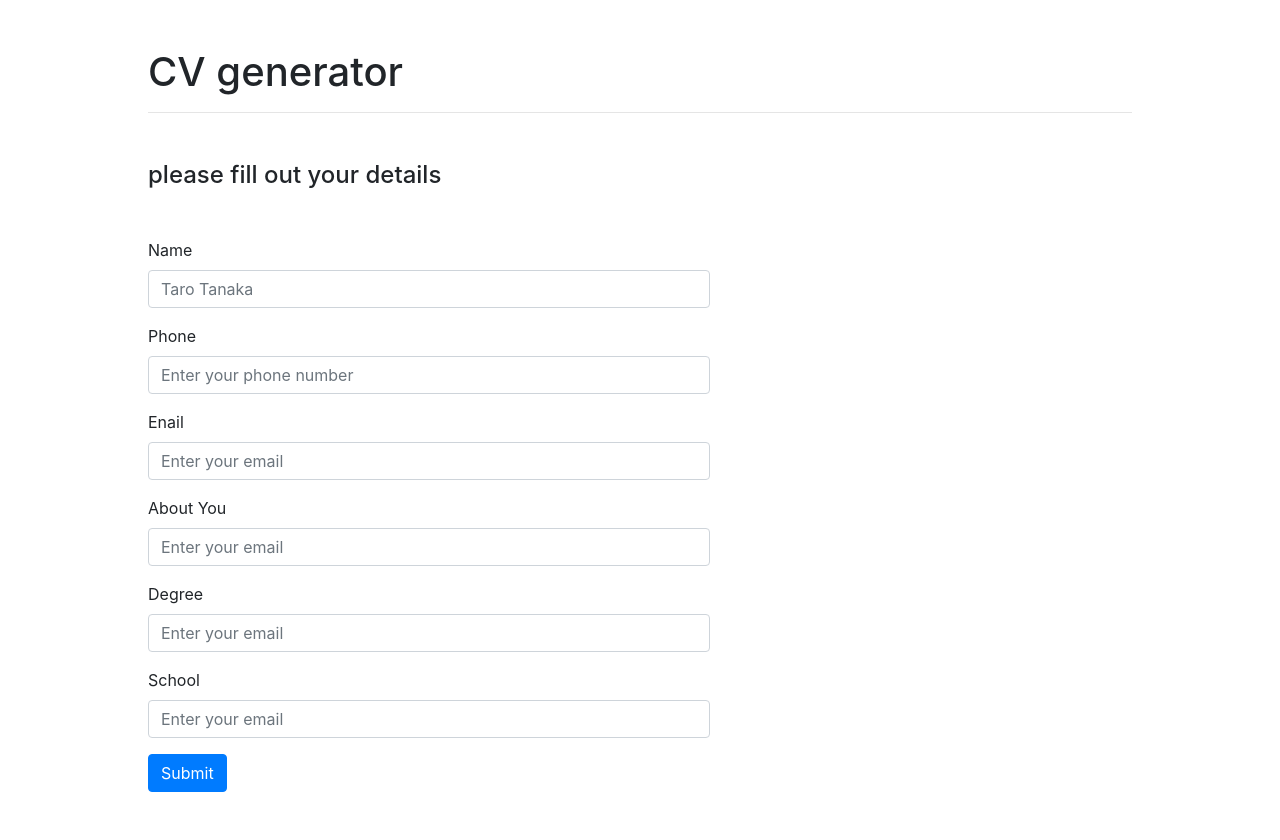
Repository: 108kent/CV
Page: myapp/pdf/templates/accept.html
The author's editor kept a record of every edit. The page is drawn from the files as they stood at one moment, then again after the next edit.
The browser window is 1280 px wide. The pictures show the whole page.
The page is served by the project's application, run on Django 2.2 (myapp/manage.py). Other server files are loaded and not shown. The template is opened directly, without the code that normally fills it, so the values that code supplies are empty.

Above is the page before.

### myapp/pdf/templates/accept.html
<!DOCTYPE HTML>
<html lang="en">
    <head>
        <meta charset="utf-8">
        <meta name="viewport" content="width=device-width, initial-scale=1.0">
        <meta http-equiv="X-UA-Compatible" content="ie=edge">
        <link rel="stylesheet" href="https://maxcdn.bootstrapcdn.com/bootstrap/4.0.0/css/bootstrap.min.css" integrity="sha384-Gn5384xqQ1aoWXA+058RXPxPg6fy4IWvTNh0E263XmFcJlSAwiGgFAW/dAiS6JXm" crossorigin="anonymous">
        <title>Document</title>

    </head>

    <body>
        <div class="container">
            <div class="raw m-5">
                <div class="col-md-12">
                    <h1>CV generator</h1>
                    <hr>
                </div>
            </div>

            <div class="raw m-5">
                <div class="col-md-12">
                    <h4>please fill out your details</h4>
                </div>
            </div>

            <div class="raw m-5">
                <div class="col-md-7">

                <form method="POST">
                    {% csrf_token %}

                    <div class="form-group">
                        <label for="">Name</label>
                        <input placeholder="Taro Tanaka" type="text" class="form-control" id="name" nam="name" placeholder="Enter your name">
                    </div>

                    <div class="form-group">
                        <label for="">Phone</label>
                        <input type="text" class="form-control" id="phone" nam="phone" placeholder="Enter your phone number">
                    </div>

                    <div class="form-group">
                        <label for="">Enail</label>
                        <input type="text" class="form-control" id="email" nam="email" placeholder="Enter your email">
                    </div>

                    <div class="form-group">
                        <label for="">About You</label>
                        <input type="text" class="form-control" id="about_you" nam="about_you" placeholder="Enter your email">
                    </div>

                    <div class="form-group">
                        <label for="">Degree</label>
                        <input type="text" class="form-control" id="degree" nam="degree" placeholder="Enter your email">
                    </div>

                    <div class="form-group">
                        <label for="">School</label>
                        <input type="text" class="form-control" id="school" nam="school" placeholder="Enter your email">
                    </div>


        <button type="submit" class="btn btn-primary">Submit</button>
        </form>

    </body>
</html>

### myapp/myapp/urls.py
"""myapp URL Configuration

The `urlpatterns` list routes URLs to views. For more information please see:
    https://docs.djangoproject.com/en/2.0/topics/http/urls/
Examples:
Function views
    1. Add an import:  from my_app import views
    2. Add a URL to urlpatterns:  path('', views.home, name='home')
Class-based views
    1. Add an import:  from other_app.views import Home
    2. Add a URL to urlpatterns:  path('', Home.as_view(), name='home')
Including another URLconf
    1. Import the include() function: from django.urls import include, path
    2. Add a URL to urlpatterns:  path('blog/', include('blog.urls'))
"""
from django.contrib import admin
from django.urls import path

urlpatterns = [
    path('admin/', admin.site.urls),
    path('', admin.site.urls),
]

After the next edit:
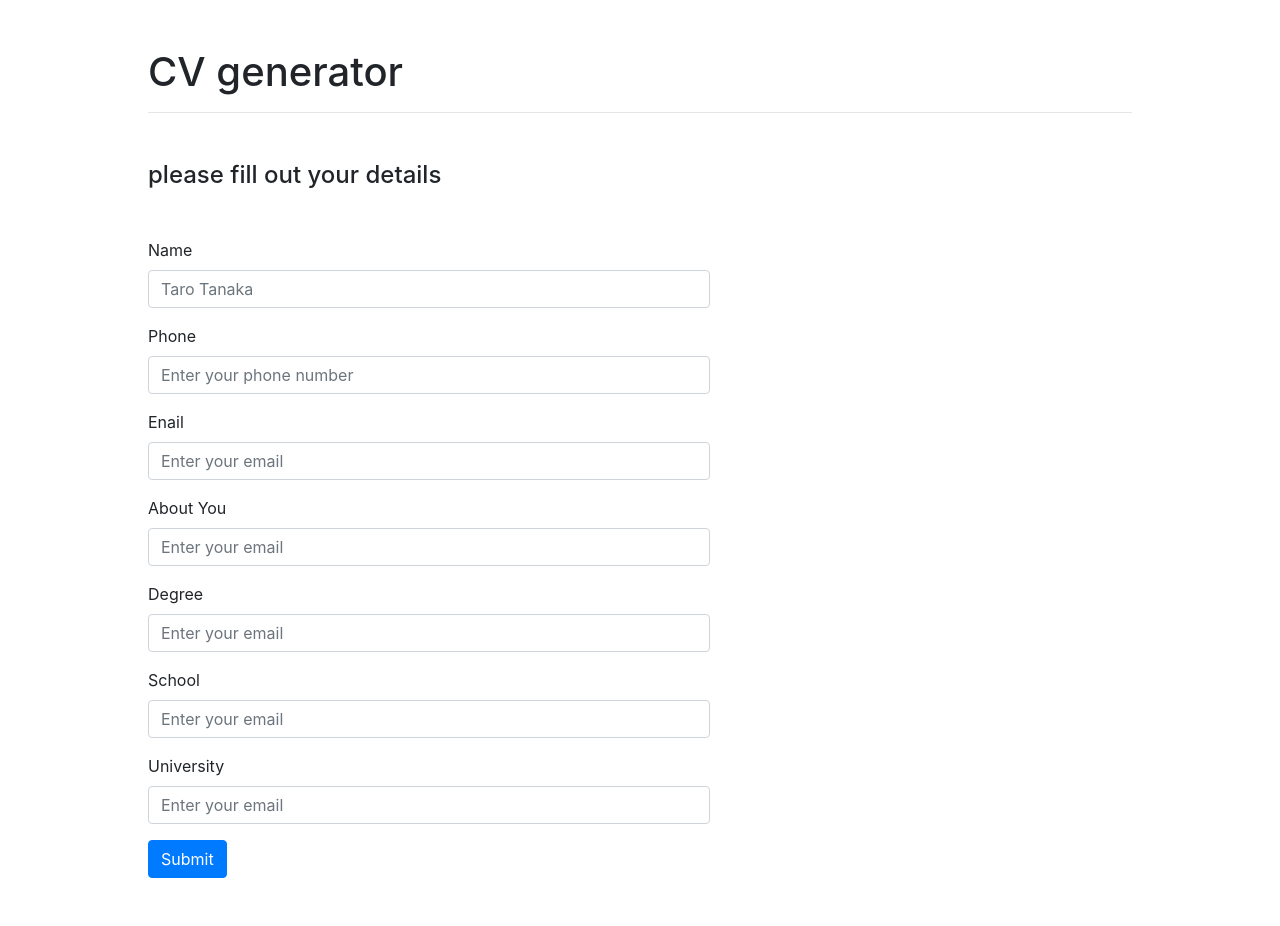
The edit:
--- a/myapp/pdf/templates/accept.html
+++ b/myapp/pdf/templates/accept.html
@@ -60,6 +60,12 @@
                         <input type="text" class="form-control" id="school" nam="school" placeholder="Enter your email">
                     </div>
 
+                    <div class="form-group">
+                        <label for="">University</label>
+                        <input type="text" class="form-control" id="university" nam="university" placeholder="Enter your email">
+                    </div>
+
+
 
         <button type="submit" class="btn btn-primary">Submit</button>
         </form>
